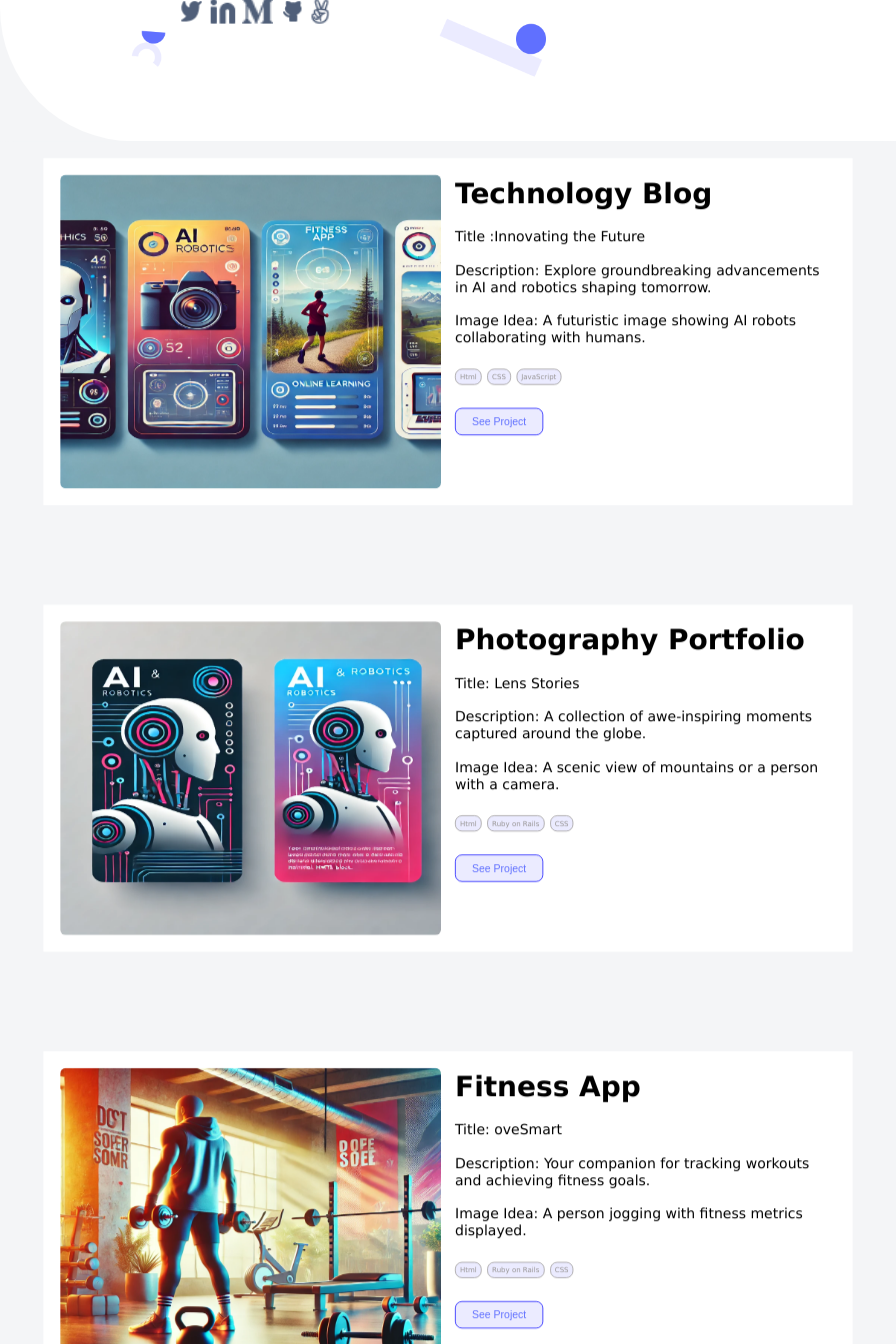
Repository: usman3123/portfolio-template-3
Page: index.html
The author's editor kept a copy of each file at every save. The page is drawn from the files as they stood at one save, then again after the next save.
The browser window is 1280 px wide. The pictures show the part of the page from y = 644 to 2564 px (the page is 4613 px tall before and 2203 px after), at 70% of full size.
Some web libraries are served in a nearby version.

Above is the page before, as saved 2025-02-01 18:51:50.

After the next save:
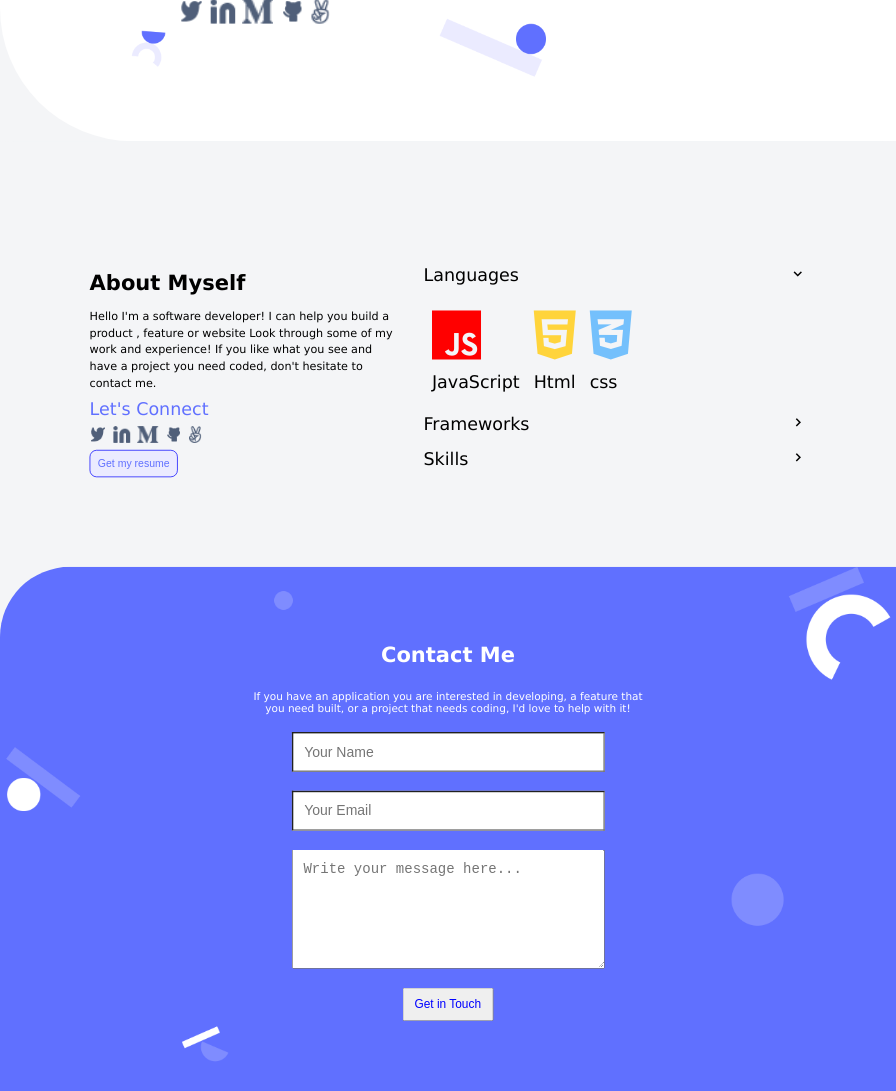
Console error: SyntaxError: Unexpected token '.'
Saved 115 s later.
--- a/index.js
+++ b/index.js
@@ -85,8 +85,10 @@
 });
 document.querySelectorAll("#cardbtn").forEach((btn, index) => {
   btn.addEventListener("click", () => {
+    const page = document.querySelector(".inner-container")
     popup(arr[index]);
     overlay.classList.add("blur");
+    .classList.add("style");
   });
 });
 function popup(element) {

After the save that followed:
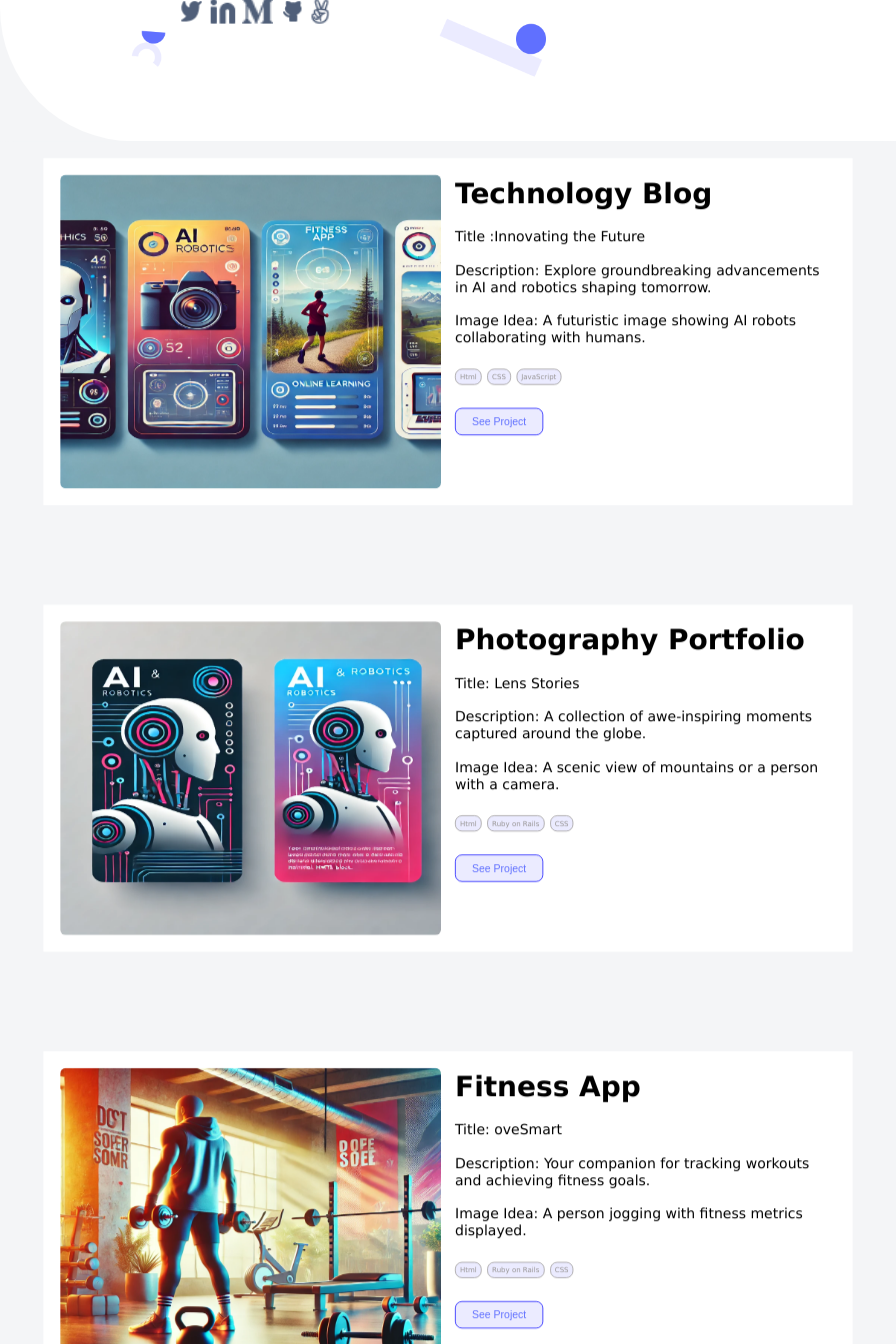
The error is gone.
Saved 24 s later.
--- a/index.js
+++ b/index.js
@@ -88,7 +88,7 @@
     const page = document.querySelector(".inner-container")
     popup(arr[index]);
     overlay.classList.add("blur");
-    .classList.add("style");
+    page.classList.add("style");
   });
 });
 function popup(element) {
